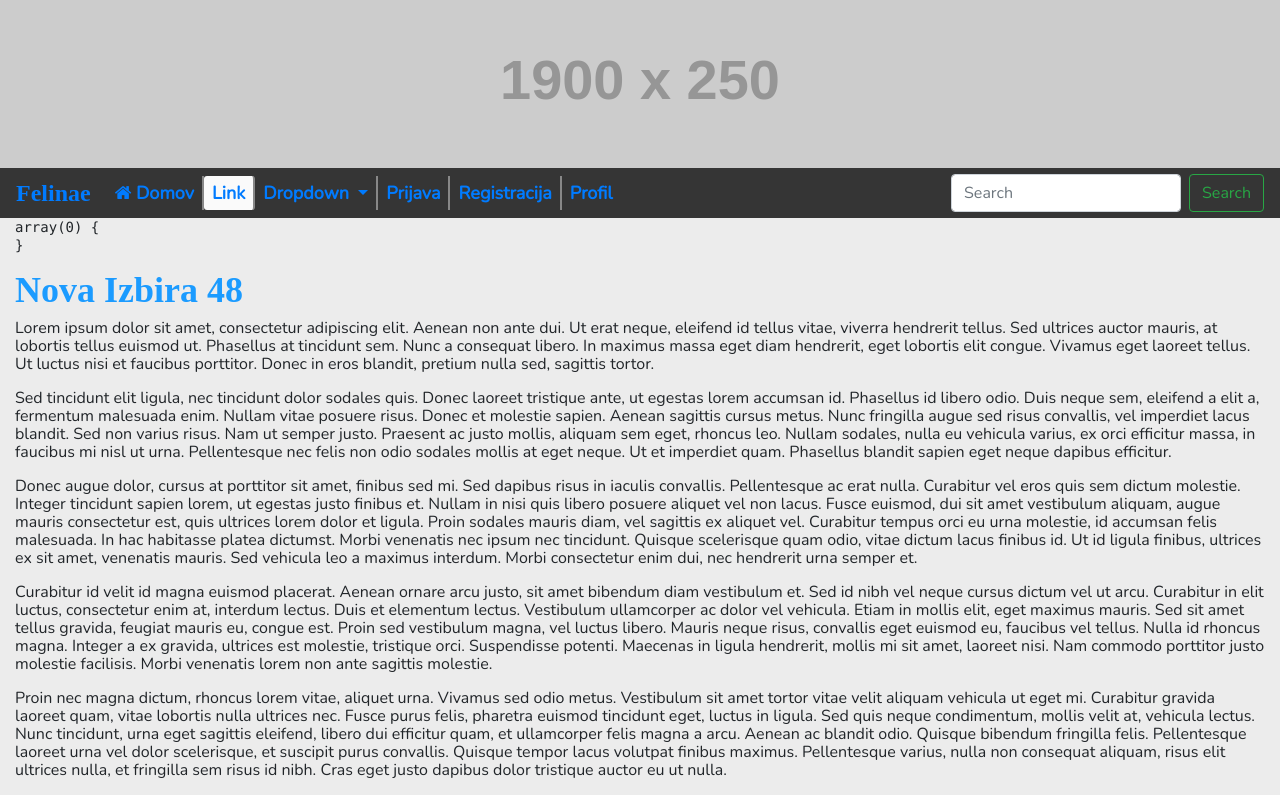
Repository: UrbyK/Felinae
Page: http://localhost/index.php?page=home
These files come from the project's save history. The page is drawn as it stood at one moment and after the next save; the edit follows.
The browser window is 1280 px wide. The pictures show the whole page.
Some web fonts or font styles are not loaded; a fallback is used. The page is run by PHP 8.4 with error messages shown; the project is at /var/www/html/.

Above is the page before, as saved 2020-08-13 15:07:46.

After the next save:
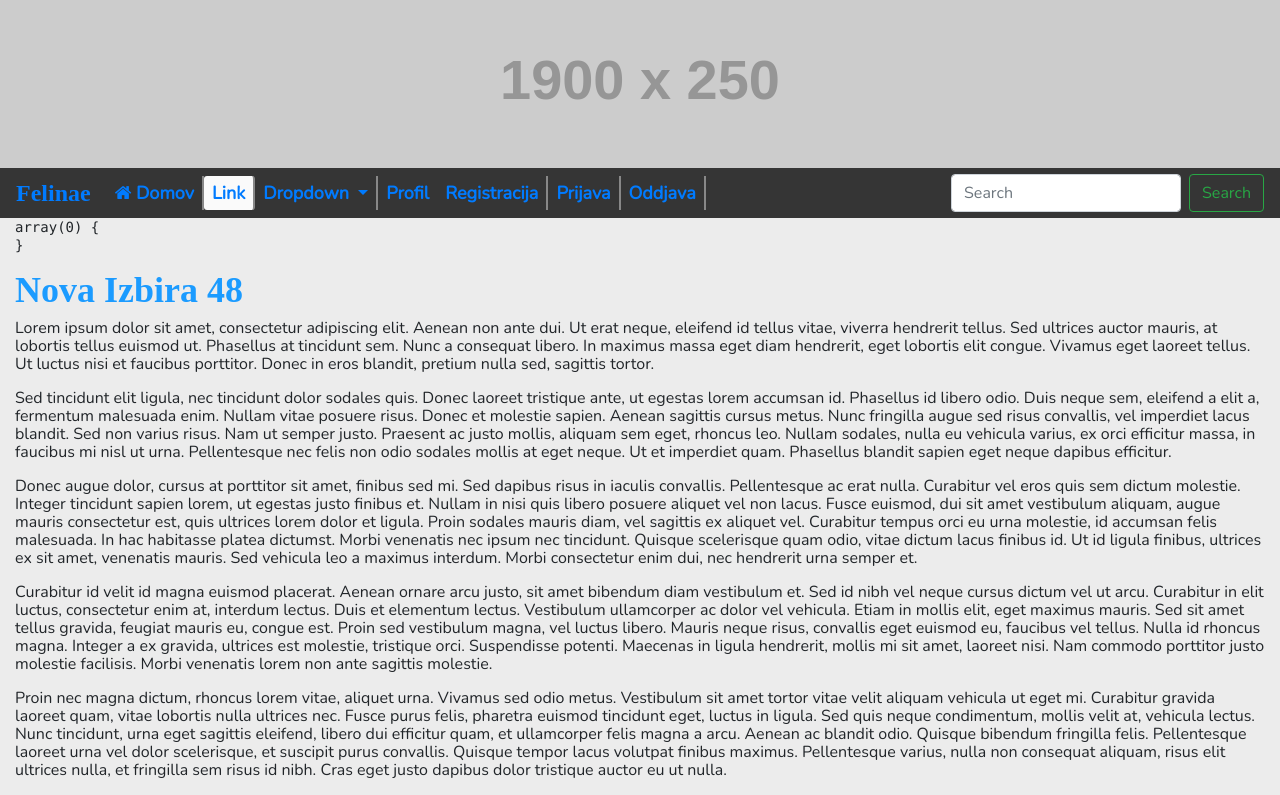
Saved 46 s later.
--- a/header.php
+++ b/header.php
@@ -63,17 +63,19 @@
                         </div>
                     </li>
 
+                    <li>
+                        <a class="nav-link" href="./index.php?page=profile">Profil</a>
+                    </li>
+                    <li class="nav-item">
+                        <a class="nav-link" href="./index.php?page=register-personal">Registracija</a>
+                    </li>
                     <li class="nav-item">
                         <a class="nav-link" href="./index.php?page=login">Prijava</a>
                     </li>
-
                     <li class="nav-item">
-                        <a class="nav-link" href="./index.php?page=register-personal">Registracija</a>
+                        <a class="nav-link" href="./index.php?page=logout">Oddjava</a>
                     </li>
 
-                    <li>
-                        <a class="nav-link" href="./index.php?page=profile">Profil</a>
-                    </li>
                 </ul>
 
                 <form class="form-inline my-2 my-lg-0">
